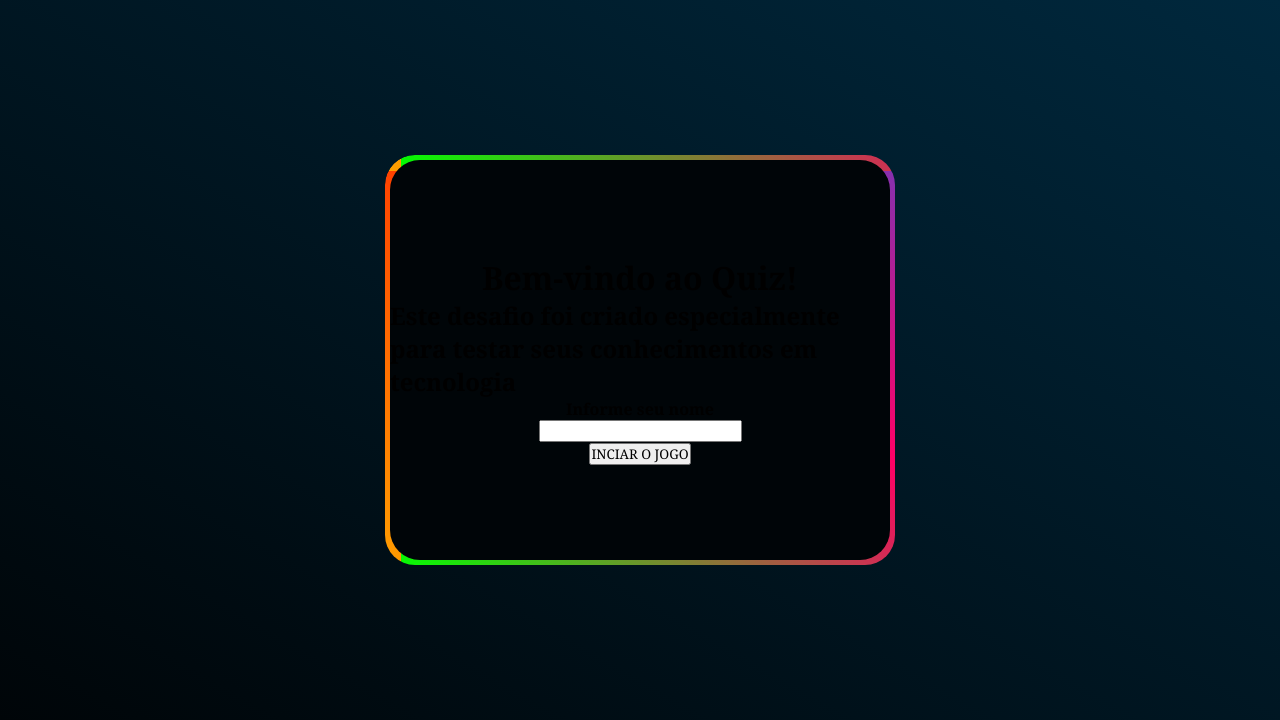
Repository: LaisSilvaO/Projeto-Quizz
Page: telas/apresentação.html
These files come from the project's save history. The page is drawn as it stood at one moment and after the next save; the edit follows.
The browser window is 1280 px wide. The pictures show the whole page.

Above is the page before, as saved 2024-12-25 20:17:21.

After the next save:
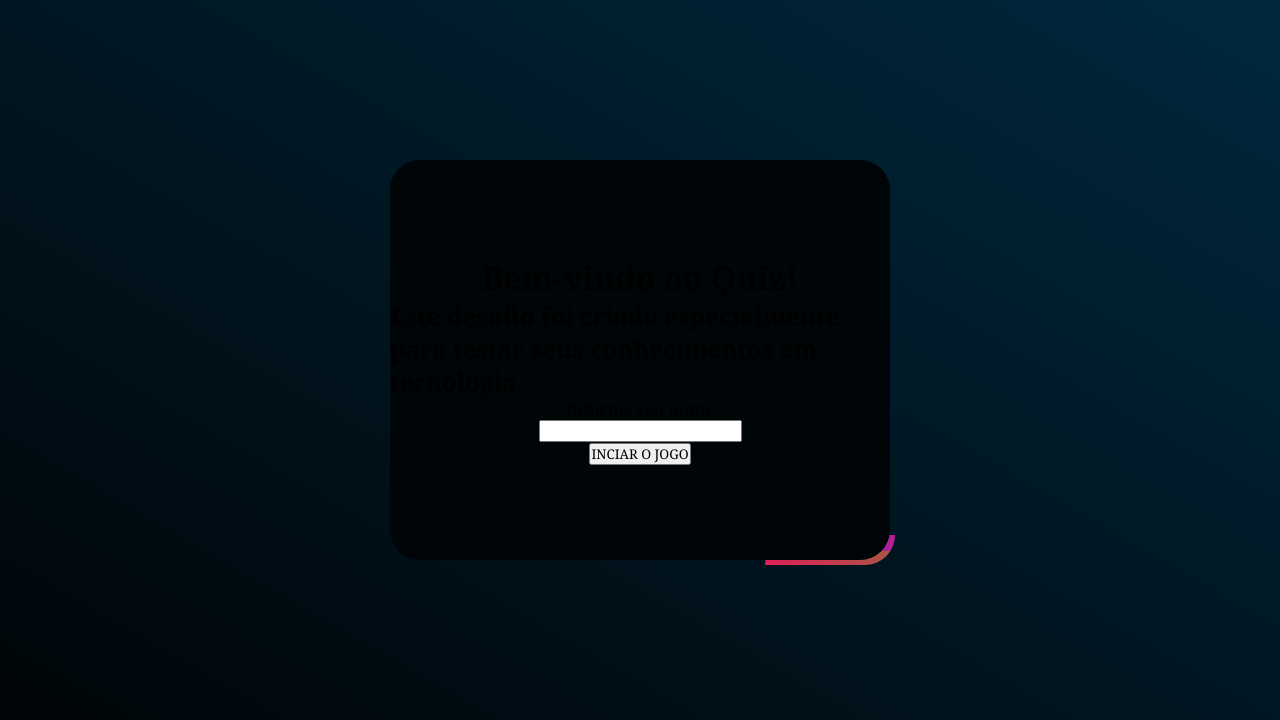
Saved 27 s later.
--- a/img/tela.css
+++ b/img/tela.css
@@ -63,7 +63,7 @@ main {
   border: 16px solid transparent; /* Espessura da borda aumentada */
   background-image: linear-gradient(45deg, #00ff00, #ff0066, #0066ff, #ffcc00, hsl(15, 100%, 50%));
   background-size: 400%; /* Aumenta o tamanho da animação da borda */
-  /*animation: borderAnimation 3s linear infinite; */
+  animation: borderAnimation 2s linear infinite;
   z-index: -1; /* Garante que a borda fique atrás do conteúdo */
 }
 
